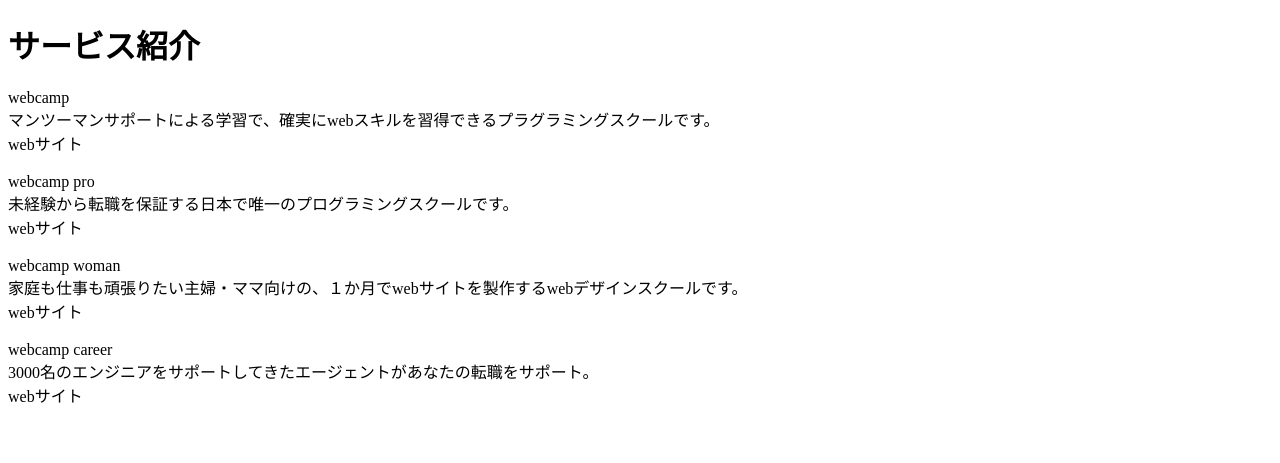
Repository: YasuyoshiSakai/kadai1
Page: sample/ensyuu.html
The author's editor kept a record of every edit. The page is drawn from the files as they stood at one moment, then again after the next edit.
The browser window is 1280 px wide. The pictures show the whole page.

Above is the page before.

After the next edit:
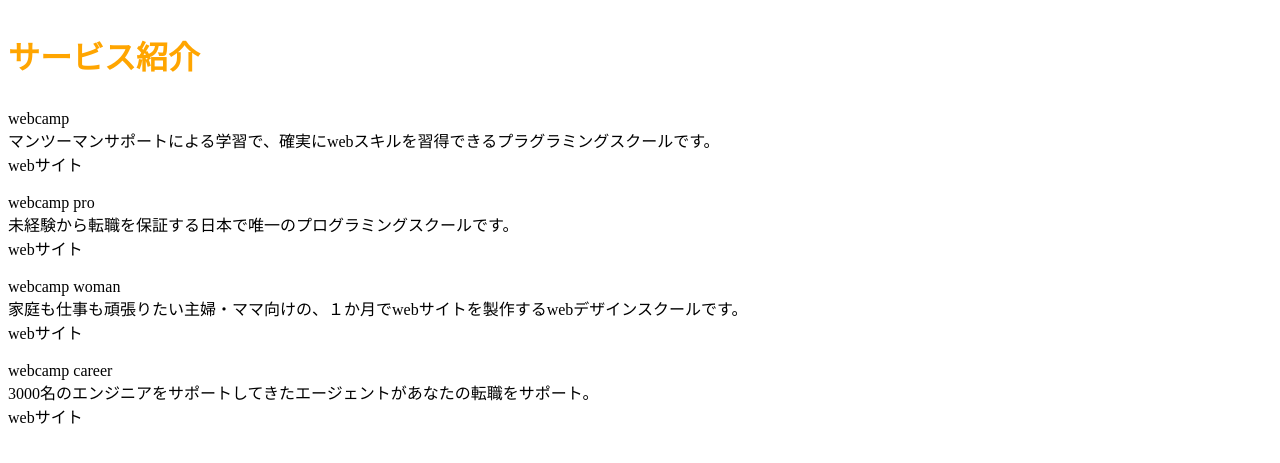
The edit:
--- a/sample/ensyuu.html
+++ b/sample/ensyuu.html
@@ -7,7 +7,7 @@
   </head>
 
   <body>
-<h1>サービス紹介</h1>
+<h1><p class="orange">サービス紹介</p></h1>
 
 webcamp<br>
 マンツーマンサポートによる学習で、確実にwebスキルを習得できるプラグラミングスクールです。<br>
